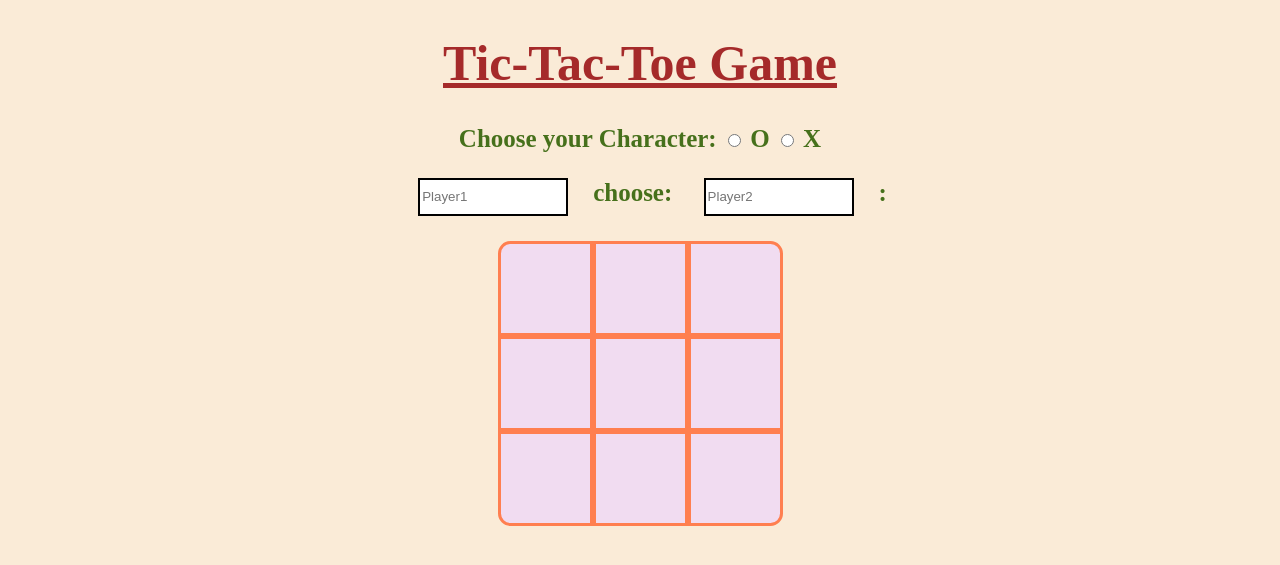
Repository: 0101chaitanya/Tic-Tac-Toe
Page: index.html
The author's editor kept a copy of each file at every save. The page is drawn from the files as they stood at one save, then again after the next save.
The browser window is 1280 px wide. The pictures show the whole page.

Above is the page before, as saved 2021-06-12 13:54:05.

### index.html
<!DOCTYPE html>
<html>

<head>
    <meta charset="utf-8">
    <title>Tic-Tac-Toe Game</title>
    <meta name="viewport" content="width=device-width, initial-scale=1">

    <link rel="stylesheet" href="styles.css">
</head>

<body>
    <div id='block1'>
        <h1 id="heading">Tic-Tac-Toe Game</h1>
        <form id='form'>
            Choose your Character:
            <input value="O" name="radio" onclick="eventFun.setUser(this)" type="radio">
            <label for="O">O</label>
            <input value="X" name="radio" onclick="eventFun.setUser(this)" type="radio">
            <label for="X">X</label>

        </form>
        <div id="player">
            <input id='p1' type='text' placeholder='Player1'></input>choose:
            <input id='p2' type='text' placeholder='Player2'>:
        </div>

        <form id="gameSquare">
            <section id="row1">
                <div id="r1Column1"></div>
                <div id="rlColumn2"></div>
                <div id="rlColumn3"></div>
            </section>
            <section id="row2">
                <div id="r2Column1"></div>
                <div id="r2Column2"></div>
                <div id="r2Column3"></div>
            </section>
            <section id="row3">
                <div id="r3Column1"></div>
                <div id="r3Column2"></div>
                <div id="r3Column3"></div>
            </section>
        </form>
    </div>
    <div id="ResultBox">
        <span id="closebtn">&times;</span>
        <strong id="resultOut"></strong>
    </div>

</body>
<script type="text/javascript" src="script.js"></script>

</html>

### styles.css
:root {
    text-align: center;
    font-weight: bold;
}

* {
    box-sizing: border-box;
}

@media screen and (max-width: 400px) {
     :root {
        font-size: 14px;
    }
}

@media screen and (min-width: 401px) and (max-width: 700px) {
     :root {
        font-size: 18px;
    }
}

@media screen and (min-width: 701px) {
     :root {
        font-size: 25px;
    }
}

body {
    color: rgb(70, 112, 27);
    background: antiquewhite;
    font-weight: bold;
}

h1 {
    color: brown;
    text-decoration: underline;
    text-decoration-style: solid;
}

label>input {
    color: red;
    border: 1px solid;
}

#player {
    display: block;
    margin: 1rem auto 1rem auto;
    display: flexbox;
}

#player>input {
    margin: auto 1rem auto 1rem;
    width: 6rem;
    height: 1.5rem;
    border: 0.1rem solid;
}

#gameSquare {
    width: min-content;
    height: min-content;
    display: block;
    margin: auto;
}

#gameSquare>section:nth-child(n) {
    /* border-style: solid;
     */
    width: min-content;
    height: min-content;
    display: flex;
    justify-content: center;
    align-items: center;
}

#gameSquare>section:nth-child(n)>div:nth-child(n) {
    display: flex;
    margin: auto;
    width: 3.8rem;
    height: 3.8rem;
    border-style: solid;
    border-width: 0.15rem;
    justify-content: center;
    align-items: center;
    font-size: 1.8rem;
    color: coral;
    background-color: rgb(241, 220, 241);
}

#gameSquare>section:nth-child(1)>div:nth-child(1) {
    border-top-left-radius: 0.5rem;
}

#gameSquare>section:nth-child(1)>div:nth-child(3) {
    border-top-right-radius: 0.5rem;
}

#gameSquare>section:nth-child(3)>div:nth-child(1) {
    border-bottom-left-radius: 0.5rem;
}

#gameSquare>section:nth-child(3)>div:nth-child(3) {
    border-bottom-right-radius: 0.5rem;
}

#ResultBox {
    height: fit-content;
    width: 13rem;
    display: none;
    margin-left: auto;
    margin-right: auto;
    margin-top: 3rem;
    position: relative;
    top: -12rem;
    border-color: rgb(162, 162, 192);
    background-color: rgb(15, 44, 138);
    color: white;
    opacity: 1;
    transition: opacity 0.6s;
    margin-bottom: 15px;
    border-radius: 1rem;
    padding: 1rem;
    text-align: center;
}

#resultOut {
    color: #f0e0e4;
    font-weight: bold;
}

#closebtn {
    margin-left: 15px;
    color: white;
    font-weight: bold;
    float: right;
    font-size: 22px;
    line-height: 20px;
    cursor: pointer;
    transition: 0.3s;
}

#closebtn:hover {
    color: rgb(38, 170, 82);
}

#player>div:nth-child(1)>input {
    color: aqua;
}

### script.js
"use strict";

let eventFun = (function() {
    let user1Selection, user2Selection, runningCharacter;
    document.getElementById('p1').textContent += ` `;
    document.getElementById('p2').textContent += ` `;

    let runningNumber,
        result;
    let newArray;
    let count;

    let horizontalArray;
    let verticalArray;
    let diagonalArray;
    let array;


    function setUser(given) {
        localStorage.setItem("user1", given.value);

        document.querySelector(`#form`).submit();
    }

    function init() {
        runningNumber = 0;
        user1Selection = localStorage.getItem("user1");
        user2Selection =
            user1Selection != null ? (user1Selection === "X" ? "O" : "X") : null;
        runningCharacter = user1Selection;

        document.getElementById('p1').textContent += ` ` + user1Selection || ' ';
        document.getElementById('p2').textContent += ` ` + user2Selection || ' ';
        array = Array.from(
            document.getElementById("gameSquare").querySelectorAll("div")
        );
        newArray = Array(array.length).fill();
        count = 0;

        horizontalArray = undefined;
        verticalArray = undefined;
        diagonalArray = undefined;
        eventListen();
    }

    if (localStorage.getItem("user1") !== null) {
        init();
    }


    function switchRunChar() {
        runningCharacter = runningCharacter === "O" ? "X" : "O";
        runningNumber = runningNumber === 0 ? 1 : 0;
    }

    function arrayCreator(index, incrementer) {
        return [
            newArray[index],
            newArray[index + incrementer],
            newArray[index + 2 * incrementer],
        ];
    }

    function parser(arrayInput) {
        let arr = arrayInput.map((item, index) => {
            let res = item.reduce((stack, item) => {
                stack += item;
                return stack;
            });
            return res;
        });
        return arr;
    }

    function send(input) {
        let block1 = document.getElementById('block1');
        block1.style.filter = 'blur(0.5rem)';
        document.getElementById('ResultBox').style.display = 'block';
        document.getElementById('resultOut').textContent = input;
        let close = document.getElementById('closebtn');
        close.onclick = function() {
            localStorage.clear();
            //  init();
            document.getElementById('gameSquare').submit();
            let div = this.parentElement;
            div.style.opacity = '0';
            setTimeout(function() {
                document.getElementById('ResultBox').style.display = 'none';
                block1.style.filter = 'blur(0.0rem)';

            }, 60);
        };

    }

    function check(input) {
        input.forEach((item) => {
            if (item === 3) {
                result = item;
                send("Player 2 won");
            } else if (item === 0) {
                result = item;
                send("Player 1 won");
            }
        });
    }

    function checkWin() {
        horizontalArray = [
            arrayCreator(0, 1),
            arrayCreator(3, 1),
            arrayCreator(6, 1),
        ];
        verticalArray = [
            arrayCreator(0, 3),
            arrayCreator(1, 3),
            arrayCreator(2, 3),
        ];
        diagonalArray = [arrayCreator(0, 4), arrayCreator(2, 2)];

        let horizontalParsed = parser(horizontalArray);
        let verticalParsed = parser(verticalArray);

        let diagonalParsed = parser(diagonalArray);
        check(horizontalParsed);
        check(verticalParsed);
        check(diagonalParsed);

        if (count == 8) {
            console.table(horizontalArray, verticalArray, diagonalArray);
            console.table({
                horizontalParsed: horizontalParsed,
                verticalParsed: verticalParsed,
                diagonalParsed: diagonalParsed,
            });
            console.table(newArray);
            if (result == undefined) {
                send("draw");
            }
        }
    }

    let setOutput = function(e, index) {
        e.target.textContent = runningCharacter;
        e.target.removeEventListener("click", (e) => setOutput(e));
        newArray.splice(index, 1, runningNumber);
        switchRunChar();
        checkWin();

        count++;
    };

    function eventListen() {
        array.forEach((item, index) => {
            item.textContent = "";
            item.addEventListener("click", (e) => setOutput(e, index), { once: true });
        });
    }
    return { setUser };
})();

After the next save:
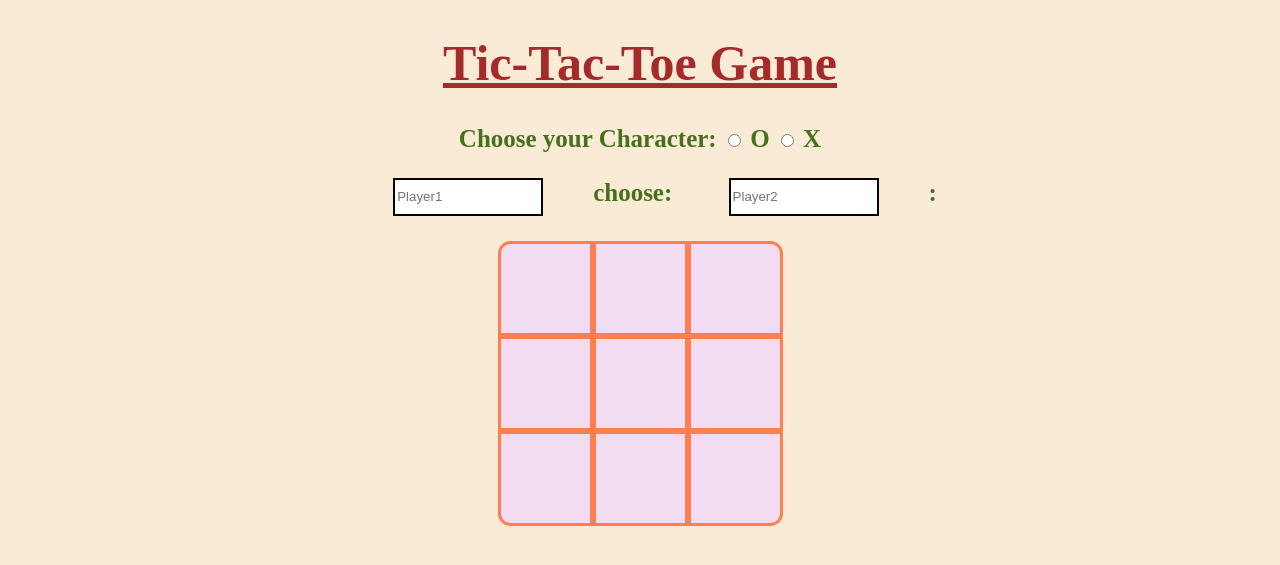
Saved 7 s later.
--- a/styles.css
+++ b/styles.css
@@ -49,7 +49,7 @@ label>input {
 }
 
 #player>input {
-    margin: auto 1rem auto 1rem;
+    margin: auto 2rem auto 2rem;
     width: 6rem;
     height: 1.5rem;
     border: 0.1rem solid;
